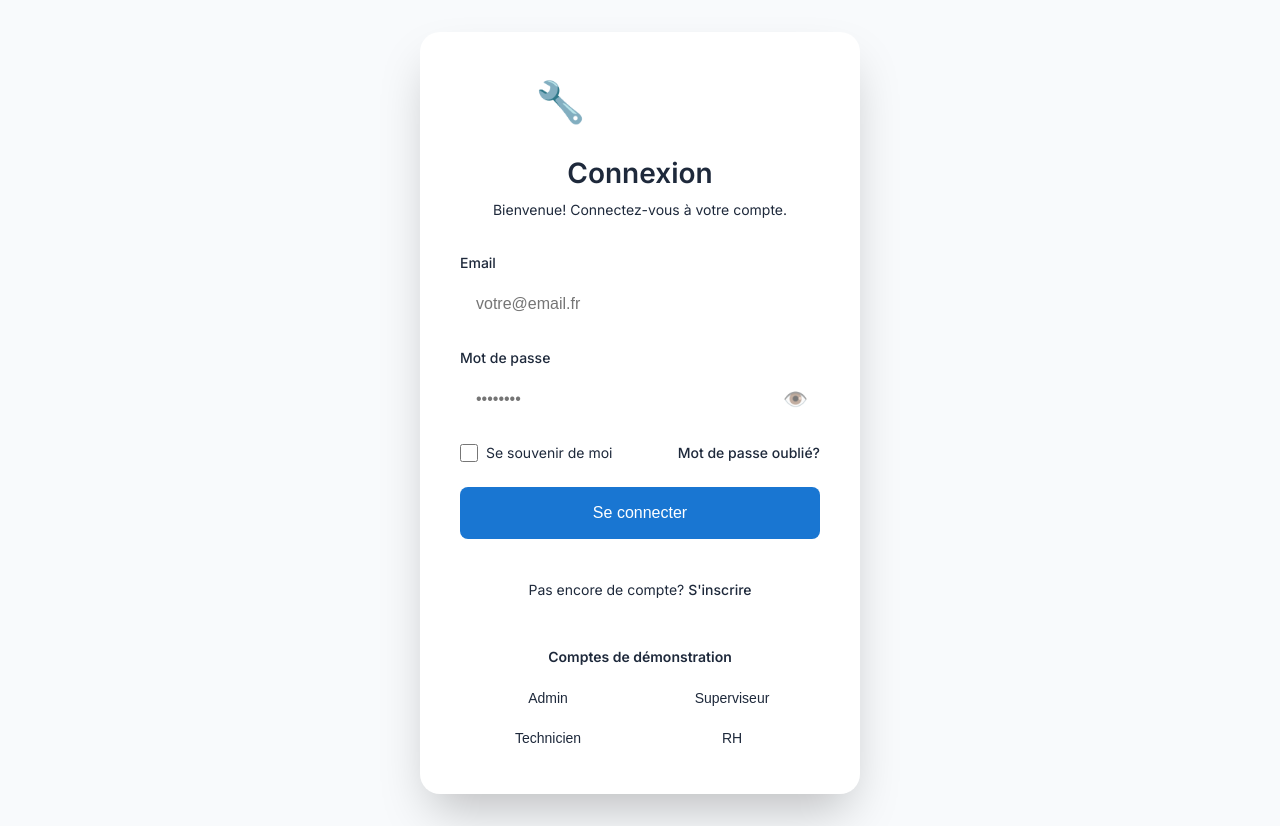
Repository: YoussefTakali/mouhab
Page: / (app in assainissement-frontend/)
An editor plug-in stored every save of this project. The page is shown before and after the next save, followed by the edit.
The browser window is 1280 px wide. The pictures show the whole page.
The project was rebuilt for these pictures with package versions that can differ from the ones it lists, and the page was loaded fresh each time. Also part of the build but not shown: assainissement-frontend/angular.json.

Above is the page before, as saved 2026-02-05 18:45:59.

### assainissement-frontend/src/index.html
<!doctype html>
<html lang="fr">
<head>
  <meta charset="utf-8">
  <title>AssainissementPro - Gestion des Interventions</title>
  <base href="/">
  <meta name="viewport" content="width=device-width, initial-scale=1">
  <link rel="icon" type="image/x-icon" href="favicon.ico">
  <link href="https://fonts.googleapis.com/css2?family=Inter:wght@300;400;500;600;700&display=swap" rel="stylesheet">
  <link href="https://fonts.googleapis.com/icon?family=Material+Icons" rel="stylesheet">
</head>
<body>
  <app-root></app-root>
</body>
</html>

### assainissement-frontend/src/app/app.component.ts
import { Component } from '@angular/core';
import { RouterOutlet } from '@angular/router';
import { ToastContainerComponent } from './shared/toast-container/toast-container.component';

@Component({
  selector: 'app-root',
  standalone: true,
  imports: [RouterOutlet, ToastContainerComponent],
  template: `
    <router-outlet></router-outlet>
    <app-toast-container />
  `,
  styles: [`
    :host {
      display: block;
      height: 100%;
    }
  `]
})
export class AppComponent {
  title = 'AssainissementPro';
}

### assainissement-frontend/src/app/app.config.ts
import { ApplicationConfig } from '@angular/core';
import { provideRouter } from '@angular/router';
import { provideHttpClient, withInterceptors } from '@angular/common/http';
import { provideAnimations } from '@angular/platform-browser/animations';
import { routes } from './app.routes';
import { authInterceptor } from './core/interceptors/auth.interceptor';

export const appConfig: ApplicationConfig = {
  providers: [
    provideRouter(routes),
    provideHttpClient(withInterceptors([authInterceptor])),
    provideAnimations()
  ]
};

### assainissement-frontend/src/app/core/interceptors/auth.interceptor.ts
import { HttpInterceptorFn, HttpErrorResponse } from '@angular/common/http';
import { inject } from '@angular/core';
import { Router } from '@angular/router';
import { catchError, throwError } from 'rxjs';
import { AuthService } from '../services/auth.service';

export const authInterceptor: HttpInterceptorFn = (req, next) => {
  const authService = inject(AuthService);
  const router = inject(Router);
  const token = authService.getToken();

  let authReq = req;

  if (token) {
    authReq = req.clone({
      setHeaders: {
        Authorization: `Bearer ${token}`
      }
    });
  }

  return next(authReq).pipe(
    catchError((error: HttpErrorResponse) => {
      if (error.status === 401) {
        authService.logout();
      } else if (error.status === 403) {
        router.navigate(['/unauthorized']);
      }
      return throwError(() => error);
    })
  );
};

### assainissement-frontend/src/app/core/services/toast.service.ts
import { Injectable, signal } from '@angular/core';

export interface Toast {
  id: number;
  message: string;
  type: 'success' | 'error' | 'warning' | 'info';
  duration?: number;
}

@Injectable({
  providedIn: 'root'
})
export class ToastService {
  private toastsSignal = signal<Toast[]>([]);
  toasts = this.toastsSignal.asReadonly();

  private nextId = 1;

  show(message: string, type: Toast['type'] = 'info', duration = 4000): void {
    const toast: Toast = {
      id: this.nextId++,
      message,
      type,
      duration
    };

    this.toastsSignal.update(toasts => [...toasts, toast]);

    if (duration > 0) {
      setTimeout(() => this.remove(toast.id), duration);
    }
  }

  success(message: string, duration = 4000): void {
    this.show(message, 'success', duration);
  }

  error(message: string, duration = 5000): void {
    this.show(message, 'error', duration);
  }

  warning(message: string, duration = 4000): void {
    this.show(message, 'warning', duration);
  }

  info(message: string, duration = 4000): void {
    this.show(message, 'info', duration);
  }

  remove(id: number): void {
    this.toastsSignal.update(toasts => toasts.filter(t => t.id !== id));
  }

  clear(): void {
    this.toastsSignal.set([]);
  }
}

### assainissement-frontend/src/app/core/guards/auth.guard.ts
import { inject } from '@angular/core';
import { CanActivateFn, Router } from '@angular/router';
import { AuthService } from '../services/auth.service';

export const authGuard: CanActivateFn = (route, state) => {
  const authService = inject(AuthService);
  const router = inject(Router);

  if (authService.isAuthenticated()) {
    return true;
  }

  router.navigate(['/login'], { queryParams: { returnUrl: state.url } });
  return false;
};

export const roleGuard: CanActivateFn = (route, state) => {
  const authService = inject(AuthService);
  const router = inject(Router);

  if (!authService.isAuthenticated()) {
    router.navigate(['/login'], { queryParams: { returnUrl: state.url } });
    return false;
  }

  const requiredRoles = route.data['roles'] as string[];
  const userRole = authService.currentUser()?.role;

  if (requiredRoles && userRole && requiredRoles.includes(userRole)) {
    return true;
  }

  router.navigate(['/unauthorized']);
  return false;
};

export const supervisorGuard: CanActivateFn = (route, state) => {
  const authService = inject(AuthService);
  const router = inject(Router);

  if (!authService.isAuthenticated()) {
    router.navigate(['/login'], { queryParams: { returnUrl: state.url } });
    return false;
  }

  if (authService.isSupervisor()) {
    return true;
  }

  router.navigate(['/unauthorized']);
  return false;
};

export const hrGuard: CanActivateFn = (route, state) => {
  const authService = inject(AuthService);
  const router = inject(Router);

  if (!authService.isAuthenticated()) {
    router.navigate(['/login'], { queryParams: { returnUrl: state.url } });
    return false;
  }

  if (authService.isHR()) {
    return true;
  }

  router.navigate(['/unauthorized']);
  return false;
};

export const guestGuard: CanActivateFn = (route, state) => {
  const authService = inject(AuthService);
  const router = inject(Router);

  if (!authService.isAuthenticated()) {
    return true;
  }

  router.navigate(['/dashboard']);
  return false;
};

### assainissement-frontend/src/app/features/auth/login/login.component.ts
import { Component, inject, signal } from '@angular/core';
import { CommonModule } from '@angular/common';
import { FormBuilder, FormGroup, ReactiveFormsModule, Validators } from '@angular/forms';
import { Router, RouterLink, ActivatedRoute } from '@angular/router';
import { AuthService } from '../../../core/services/auth.service';

@Component({
  selector: 'app-login',
  standalone: true,
  imports: [CommonModule, ReactiveFormsModule, RouterLink],
  template: `
    <div class="auth-container">
      <div class="auth-card">
        <div class="auth-header">
          <div class="logo">
            <span class="logo-icon">🔧</span>
            <span class="logo-text">AssainiPro</span>
          </div>
          <h1>Connexion</h1>
          <p>Bienvenue! Connectez-vous à votre compte.</p>
        </div>

        <form [formGroup]="loginForm" (ngSubmit)="onSubmit()" class="auth-form">
          <div class="form-group">
            <label for="email">Email</label>
            <input
              type="email"
              id="email"
              formControlName="email"
              placeholder="votre@email.fr"
              [class.error]="loginForm.get('email')?.invalid && loginForm.get('email')?.touched"
            />
            <div class="form-error" *ngIf="loginForm.get('email')?.invalid && loginForm.get('email')?.touched">
              @if (loginForm.get('email')?.errors?.['required']) {
                L'email est requis
              } @else if (loginForm.get('email')?.errors?.['email']) {
                Format d'email invalide
              }
            </div>
          </div>

          <div class="form-group">
            <label for="password">Mot de passe</label>
            <div class="password-input-wrapper">
              <input
                [type]="showPassword() ? 'text' : 'password'"
                id="password"
                formControlName="password"
                placeholder="••••••••"
                [class.error]="loginForm.get('password')?.invalid && loginForm.get('password')?.touched"
              />
              <button type="button" class="password-toggle" (click)="togglePassword()">
                {{ showPassword() ? '🙈' : '👁️' }}
              </button>
            </div>
            <div class="form-error" *ngIf="loginForm.get('password')?.invalid && loginForm.get('password')?.touched">
              Le mot de passe est requis
            </div>
          </div>

          <div class="form-options">
            <label class="checkbox-label">
              <input type="checkbox" formControlName="rememberMe" />
              <span>Se souvenir de moi</span>
            </label>
            <a href="#" class="forgot-link">Mot de passe oublié?</a>
          </div>

          <div class="form-error-message" *ngIf="errorMessage()">
            {{ errorMessage() }}
          </div>

          <button type="submit" class="btn btn-primary btn-block" [disabled]="isLoading()">
            @if (isLoading()) {
              <span class="spinner"></span>
              Connexion en cours...
            } @else {
              Se connecter
            }
          </button>
        </form>

        <div class="auth-footer">
          <p>Pas encore de compte? <a routerLink="/register">S'inscrire</a></p>
        </div>

        <div class="demo-accounts">
          <h4>Comptes de démonstration</h4>
          <div class="demo-grid">
            <button class="demo-btn" (click)="loginAsDemo('admin@assainissement.fr', 'admin123')">
              Admin
            </button>
            <button class="demo-btn" (click)="loginAsDemo('supervisor@assainissement.fr', 'super123')">
              Superviseur
            </button>
            <button class="demo-btn" (click)="loginAsDemo('worker1@assainissement.fr', 'worker123')">
              Technicien
            </button>
            <button class="demo-btn" (click)="loginAsDemo('hr@assainissement.fr', 'hr123456')">
              RH
            </button>
          </div>
        </div>
      </div>
    </div>
  `,
  styles: [`
    .auth-container {
      min-height: 100vh;
      display: flex;
      align-items: center;
      justify-content: center;
      background: linear-gradient(135deg, var(--primary-color) 0%, var(--secondary-color) 100%);
      padding: 2rem;
    }

    .auth-card {
      background: white;
      border-radius: 20px;
      padding: 2.5rem;
      width: 100%;
      max-width: 440px;
      box-shadow: 0 25px 50px -12px rgba(0, 0, 0, 0.25);
    }

    .auth-header {
      text-align: center;
      margin-bottom: 2rem;
    }

    .logo {
      display: flex;
      align-items: center;
      justify-content: center;
      gap: 0.75rem;
      margin-bottom: 1.5rem;
    }

    .logo-icon {
      font-size: 2.5rem;
    }

    .logo-text {
      font-size: 1.75rem;
      font-weight: 700;
      background: linear-gradient(135deg, var(--primary-color), var(--secondary-color));
      -webkit-background-clip: text;
      -webkit-text-fill-color: transparent;
      background-clip: text;
    }

    .auth-header h1 {
      font-size: 1.75rem;
      color: var(--text-color);
      margin-bottom: 0.5rem;
    }

    .auth-header p {
      color: var(--text-light);
    }

    .auth-form {
      margin-bottom: 1.5rem;
    }

    .form-group {
      margin-bottom: 1.25rem;
    }

    .form-group label {
      display: block;
      font-weight: 500;
      margin-bottom: 0.5rem;
      color: var(--text-color);
    }

    .form-group input {
      width: 100%;
      padding: 0.875rem 1rem;
      border: 2px solid var(--border-color);
      border-radius: 10px;
      font-size: 1rem;
      transition: all var(--transition-speed) ease;
    }

    .form-group input:focus {
      outline: none;
      border-color: var(--primary-color);
      box-shadow: 0 0 0 3px rgba(30, 136, 229, 0.1);
    }

    .form-group input.error {
      border-color: var(--danger-color);
    }

    .password-input-wrapper {
      position: relative;
    }

    .password-input-wrapper input {
      padding-right: 3rem;
    }

    .password-toggle {
      position: absolute;
      right: 0.75rem;
      top: 50%;
      transform: translateY(-50%);
      background: none;
      border: none;
      cursor: pointer;
      font-size: 1.25rem;
      opacity: 0.6;
      transition: opacity var(--transition-speed) ease;
    }

    .password-toggle:hover {
      opacity: 1;
    }

    .form-error {
      color: var(--danger-color);
      font-size: 0.875rem;
      margin-top: 0.5rem;
    }

    .form-options {
      display: flex;
      justify-content: space-between;
      align-items: center;
      margin-bottom: 1.5rem;
    }

    .checkbox-label {
      display: flex;
      align-items: center;
      gap: 0.5rem;
      cursor: pointer;
      color: var(--text-color);
    }

    .checkbox-label input[type="checkbox"] {
      width: 18px;
      height: 18px;
      accent-color: var(--primary-color);
    }

    .forgot-link {
      color: var(--primary-color);
      text-decoration: none;
      font-weight: 500;
    }

    .forgot-link:hover {
      text-decoration: underline;
    }

    .form-error-message {
      background: rgba(220, 53, 69, 0.1);
      color: var(--danger-color);
      padding: 0.875rem;
      border-radius: 10px;
      margin-bottom: 1rem;
      text-align: center;
    }

    .btn-block {
      width: 100%;
      padding: 1rem;
      font-size: 1rem;
      display: flex;
      align-items: center;
      justify-content: center;
      gap: 0.5rem;
    }

    .spinner {
      width: 20px;
      height: 20px;
      border: 2px solid rgba(255, 255, 255, 0.3);
      border-top-color: white;
      border-radius: 50%;
      animation: spin 0.8s linear infinite;
    }

    @keyframes spin {
      to { transform: rotate(360deg); }
    }

    .auth-footer {
      text-align: center;
      padding-top: 1rem;
      border-top: 1px solid var(--border-color);
    }

    .auth-footer p {
      color: var(--text-light);
    }

    .auth-footer a {
      color: var(--primary-color);
      font-weight: 500;
      text-decoration: none;
    }

    .auth-footer a:hover {
      text-decoration: underline;
    }

    .demo-accounts {
      margin-top: 1.5rem;
      padding-top: 1.5rem;
      border-top: 1px dashed var(--border-color);
    }

    .demo-accounts h4 {
      text-align: center;
      color: var(--text-light);
      font-size: 0.875rem;
      margin-bottom: 1rem;
    }

    .demo-grid {
      display: grid;
      grid-template-columns: repeat(2, 1fr);
      gap: 0.5rem;
    }

    .demo-btn {
      padding: 0.5rem;
      border: 1px solid var(--border-color);
      background: var(--background-color);
      border-radius: 8px;
      color: var(--text-color);
      cursor: pointer;
      font-size: 0.875rem;
      transition: all var(--transition-speed) ease;
    }

    .demo-btn:hover {
      background: var(--primary-color);
      color: white;
      border-color: var(--primary-color);
    }
  `]
})
export class LoginComponent {
  private readonly fb = inject(FormBuilder);
  private readonly authService = inject(AuthService);
  private readonly router = inject(Router);
  private readonly route = inject(ActivatedRoute);

  loginForm: FormGroup;
  showPassword = signal(false);
  isLoading = signal(false);
  errorMessage = signal<string | null>(null);

  constructor() {
    this.loginForm = this.fb.group({
      email: ['', [Validators.required, Validators.email]],
      password: ['', [Validators.required]],
      rememberMe: [false]
    });
  }

  togglePassword(): void {
    this.showPassword.update(v => !v);
  }

  onSubmit(): void {
    if (this.loginForm.invalid) {
      this.loginForm.markAllAsTouched();
      return;
    }

    this.isLoading.set(true);
    this.errorMessage.set(null);

    const { email, password } = this.loginForm.value;

    this.authService.login({ email, password }).subscribe({
      next: () => {
        const returnUrl = this.route.snapshot.queryParams['returnUrl'] || '/dashboard';
        this.router.navigateByUrl(returnUrl);
      },
      error: (error: { status: number }) => {
        this.isLoading.set(false);
        if (error.status === 401) {
          this.errorMessage.set('Email ou mot de passe incorrect');
        } else {
          this.errorMessage.set('Une erreur est survenue. Veuillez réessayer.');
        }
      }
    });
  }

  loginAsDemo(email: string, password: string): void {
    this.loginForm.patchValue({ email, password });
    this.onSubmit();
  }
}

Loaded but not shown: assainissement-frontend/src/main.ts (common file); assainissement-frontend/src/environments/environment.ts (common file); assainissement-frontend/src/styles.scss (612 lines, source omitted); assainissement-frontend/src/app/core/services/auth.service.ts (115 lines, source omitted); assainissement-frontend/src/app/app.routes.ts (73 lines, source omitted); assainissement-frontend/src/app/shared/toast-container/toast-container.component.ts (119 lines, source omitted)

After the next save:
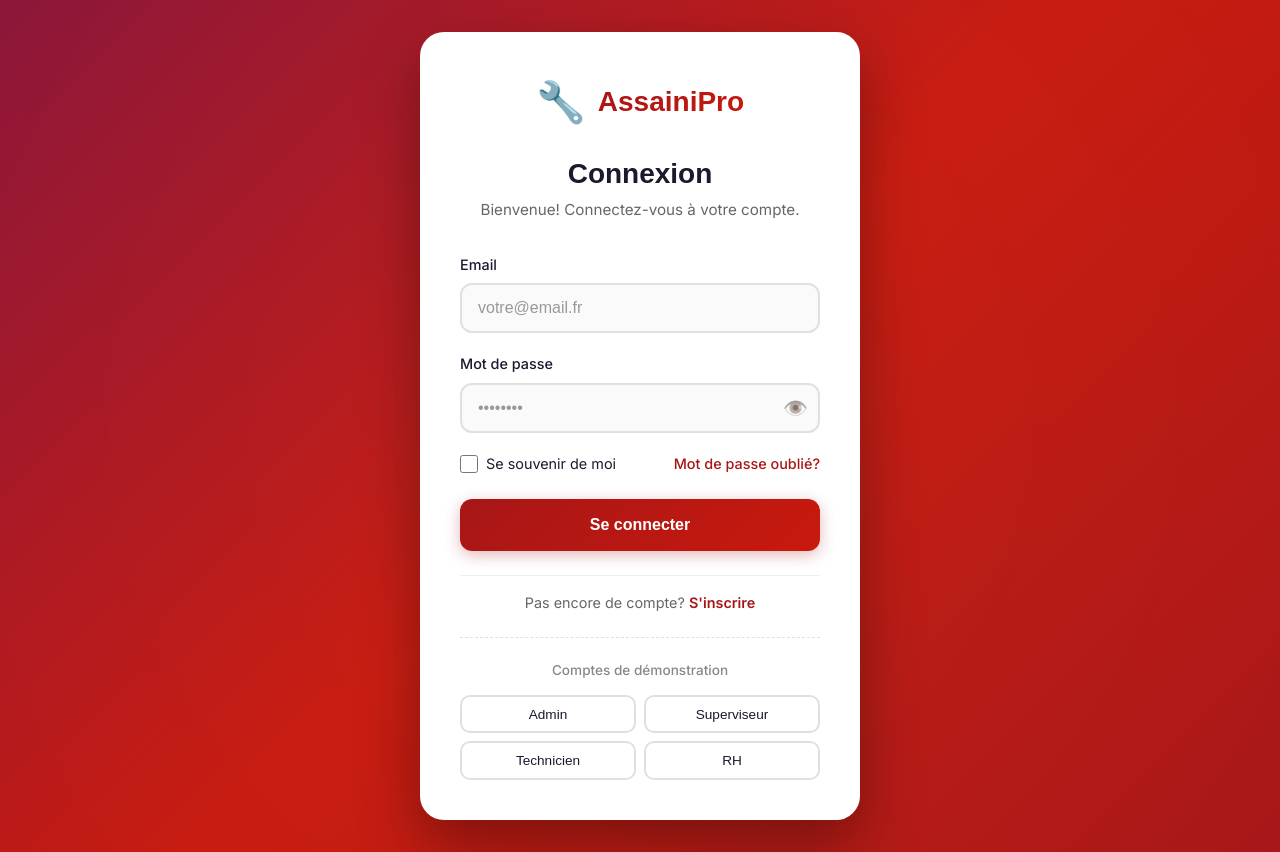
Saved 54 s later.
--- a/assainissement-frontend/src/app/features/auth/login/login.component.ts
+++ b/assainissement-frontend/src/app/features/auth/login/login.component.ts
@@ -110,17 +110,37 @@ import { AuthService } from '../../../core/services/auth.service';
       display: flex;
       align-items: center;
       justify-content: center;
-      background: linear-gradient(135deg, var(--primary-color) 0%, var(--secondary-color) 100%);
+      background: linear-gradient(135deg, #8b1538 0%, #c9190d 50%, #a71617 100%);
       padding: 2rem;
+      position: relative;
+      overflow: hidden;
+    }
+
+    .auth-container::before {
+      content: '';
+      position: absolute;
+      top: -50%;
+      left: -50%;
+      width: 200%;
+      height: 200%;
+      background: radial-gradient(circle, rgba(255,255,255,0.1) 0%, transparent 70%);
+      animation: pulse 15s ease-in-out infinite;
+    }
+
+    @keyframes pulse {
+      0%, 100% { transform: scale(1); opacity: 0.5; }
+      50% { transform: scale(1.2); opacity: 0.3; }
     }
 
     .auth-card {
       background: white;
-      border-radius: 20px;
+      border-radius: 24px;
       padding: 2.5rem;
       width: 100%;
       max-width: 440px;
-      box-shadow: 0 25px 50px -12px rgba(0, 0, 0, 0.25);
+      box-shadow: 0 25px 60px rgba(0, 0, 0, 0.35);
+      position: relative;
+      z-index: 1;
     }
 
     .auth-header {
@@ -141,22 +161,26 @@ import { AuthService } from '../../../core/services/auth.service';
     }
 
     .logo-text {
+      font-family: "Urbanist", "Poppins", sans-serif;
       font-size: 1.75rem;
       font-weight: 700;
-      background: linear-gradient(135deg, var(--primary-color), var(--secondary-color));
+      background: linear-gradient(135deg, #a71617 0%, #c9190d 100%);
       -webkit-background-clip: text;
       -webkit-text-fill-color: transparent;
       background-clip: text;
     }
 
     .auth-header h1 {
+      font-family: "Urbanist", "Poppins", sans-serif;
       font-size: 1.75rem;
-      color: var(--text-color);
+      color: #1a1a2e;
       margin-bottom: 0.5rem;
+      font-weight: 600;
     }
 
     .auth-header p {
-      color: var(--text-light);
+      color: #666;
+      font-size: 0.95rem;
     }
 
     .auth-form {
@@ -171,26 +195,33 @@ import { AuthService } from '../../../core/services/auth.service';
       display: block;
       font-weight: 500;
       margin-bottom: 0.5rem;
-      color: var(--text-color);
+      color: #1a1a2e;
+      font-size: 0.9rem;
     }
 
     .form-group input {
       width: 100%;
       padding: 0.875rem 1rem;
-      border: 2px solid var(--border-color);
-      border-radius: 10px;
+      border: 2px solid #e0e0e0;
+      border-radius: 12px;
       font-size: 1rem;
-      transition: all var(--transition-speed) ease;
+      transition: all 0.2s ease;
+      background: #fafafa;
     }
 
     .form-group input:focus {
       outline: none;
-      border-color: var(--primary-color);
-      box-shadow: 0 0 0 3px rgba(30, 136, 229, 0.1);
+      border-color: #a71617;
+      background: white;
+      box-shadow: 0 0 0 4px rgba(167, 22, 23, 0.1);
     }
 
     .form-group input.error {
-      border-color: var(--danger-color);
+      border-color: #dc3545;
+    }
+
+    .form-group input::placeholder {
+      color: #999;
     }
 
     .password-input-wrapper {
@@ -211,7 +242,7 @@ import { AuthService } from '../../../core/services/auth.service';
       cursor: pointer;
       font-size: 1.25rem;
       opacity: 0.6;
-      transition: opacity var(--transition-speed) ease;
+      transition: opacity 0.2s ease;
     }
 
     .password-toggle:hover {
@@ -219,8 +250,8 @@ import { AuthService } from '../../../core/services/auth.service';
     }
 
     .form-error {
-      color: var(--danger-color);
-      font-size: 0.875rem;
+      color: #dc3545;
+      font-size: 0.85rem;
       margin-top: 0.5rem;
     }
 
@@ -236,42 +267,65 @@ import { AuthService } from '../../../core/services/auth.service';
       align-items: center;
       gap: 0.5rem;
       cursor: pointer;
-      color: var(--text-color);
+      color: #1a1a2e;
+      font-size: 0.9rem;
     }
 
     .checkbox-label input[type="checkbox"] {
       width: 18px;
       height: 18px;
-      accent-color: var(--primary-color);
+      accent-color: #a71617;
     }
 
     .forgot-link {
-      color: var(--primary-color);
+      color: #a71617;
       text-decoration: none;
       font-weight: 500;
+      font-size: 0.9rem;
+      transition: color 0.2s ease;
     }
 
     .forgot-link:hover {
+      color: #8b1538;
       text-decoration: underline;
     }
 
     .form-error-message {
       background: rgba(220, 53, 69, 0.1);
-      color: var(--danger-color);
+      color: #dc3545;
       padding: 0.875rem;
-      border-radius: 10px;
+      border-radius: 12px;
       margin-bottom: 1rem;
       text-align: center;
+      font-size: 0.9rem;
     }
 
     .btn-block {
       width: 100%;
       padding: 1rem;
       font-size: 1rem;
+      font-weight: 600;
       display: flex;
       align-items: center;
       justify-content: center;
       gap: 0.5rem;
+      background: linear-gradient(135deg, #a71617 0%, #c9190d 100%);
+      color: white;
+      border: none;
+      border-radius: 12px;
+      cursor: pointer;
+      transition: all 0.2s ease;
+      box-shadow: 0 4px 15px rgba(167, 22, 23, 0.3);
+    }
+
+    .btn-block:hover:not(:disabled) {
+      transform: translateY(-2px);
+      box-shadow: 0 6px 20px rgba(167, 22, 23, 0.4);
+    }
+
+    .btn-block:disabled {
+      opacity: 0.7;
+      cursor: not-allowed;
     }
 
     .spinner {
@@ -290,16 +344,17 @@ import { AuthService } from '../../../core/services/auth.service';
     .auth-footer {
       text-align: center;
       padding-top: 1rem;
-      border-top: 1px solid var(--border-color);
+      border-top: 1px solid #eee;
     }
 
     .auth-footer p {
-      color: var(--text-light);
+      color: #666;
+      font-size: 0.9rem;
     }
 
     .auth-footer a {
-      color: var(--primary-color);
-      font-weight: 500;
+      color: #a71617;
+      font-weight: 600;
       text-decoration: none;
     }
 
@@ -310,14 +365,15 @@ import { AuthService } from '../../../core/services/auth.service';
     .demo-accounts {
       margin-top: 1.5rem;
       padding-top: 1.5rem;
-      border-top: 1px dashed var(--border-color);
+      border-top: 1px dashed #e0e0e0;
     }
 
     .demo-accounts h4 {
       text-align: center;
-      color: var(--text-light);
-      font-size: 0.875rem;
+      color: #888;
+      font-size: 0.85rem;
       margin-bottom: 1rem;
+      font-weight: 500;
     }
 
     .demo-grid {
@@ -327,20 +383,35 @@ import { AuthService } from '../../../core/services/auth.service';
     }
 
     .demo-btn {
-      padding: 0.5rem;
-      border: 1px solid var(--border-color);
-      background: var(--background-color);
-      border-radius: 8px;
-      color: var(--text-color);
+      padding: 0.6rem;
+      border: 2px solid #e0e0e0;
+      background: white;
+      border-radius: 10px;
+      color: #1a1a2e;
       cursor: pointer;
-      font-size: 0.875rem;
-      transition: all var(--transition-speed) ease;
+      font-size: 0.85rem;
+      font-weight: 500;
+      transition: all 0.2s ease;
     }
 
     .demo-btn:hover {
-      background: var(--primary-color);
+      background: linear-gradient(135deg, #a71617 0%, #c9190d 100%);
       color: white;
-      border-color: var(--primary-color);
+      border-color: #a71617;
+      transform: translateY(-1px);
+    }
+
+    @media (max-width: 480px) {
+      .auth-card {
+        padding: 1.5rem;
+        margin: 1rem;
+      }
+
+      .form-options {
+        flex-direction: column;
+        gap: 0.75rem;
+        align-items: flex-start;
+      }
     }
   `]
 })
